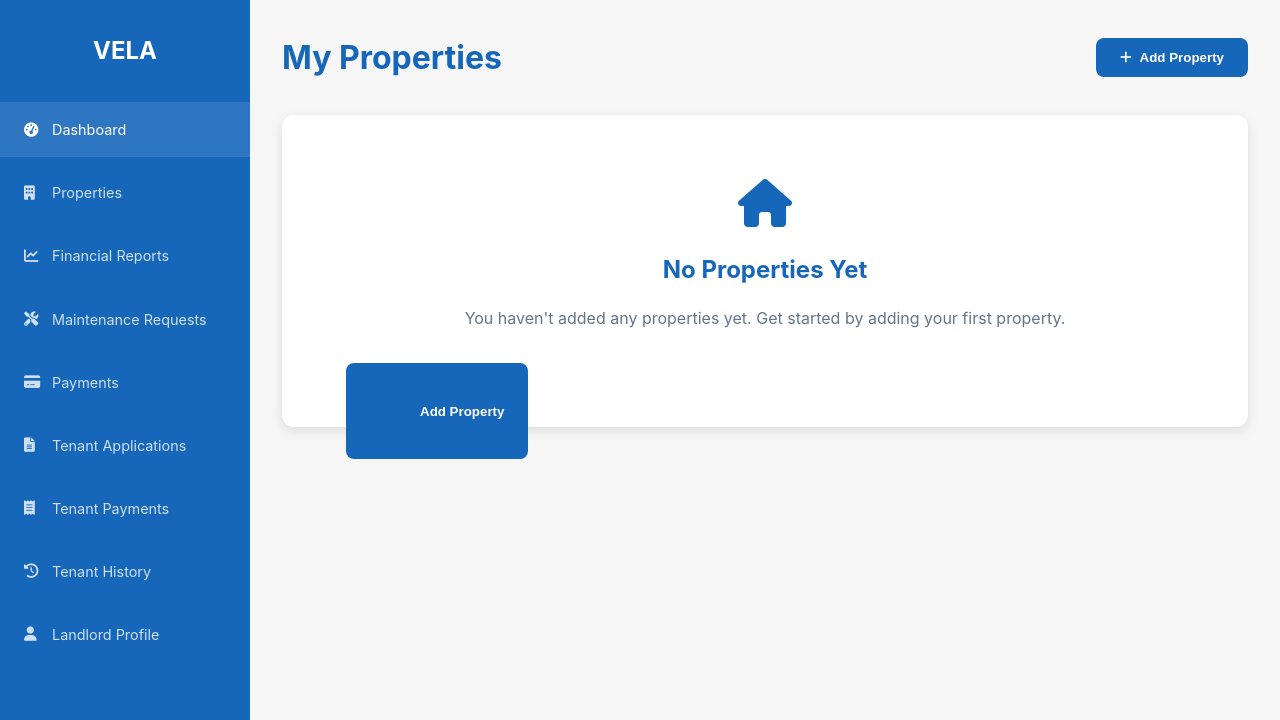
Repository: rizzerk/vela
Page: http://localhost/vela/LANDLORD/properties.php
The author's editor kept a copy of each file at every save. The page is drawn from the files as they stood at one save, then again after the next save.
The browser window is 1280 px wide. The pictures show the whole page.
The page is run by PHP 8.4 with error messages shown; the project is at /var/www/html/. Queries for data that is not in the repository find no rows.

Above is the page before, as saved 2025-06-28 18:20:19.

After the next save:
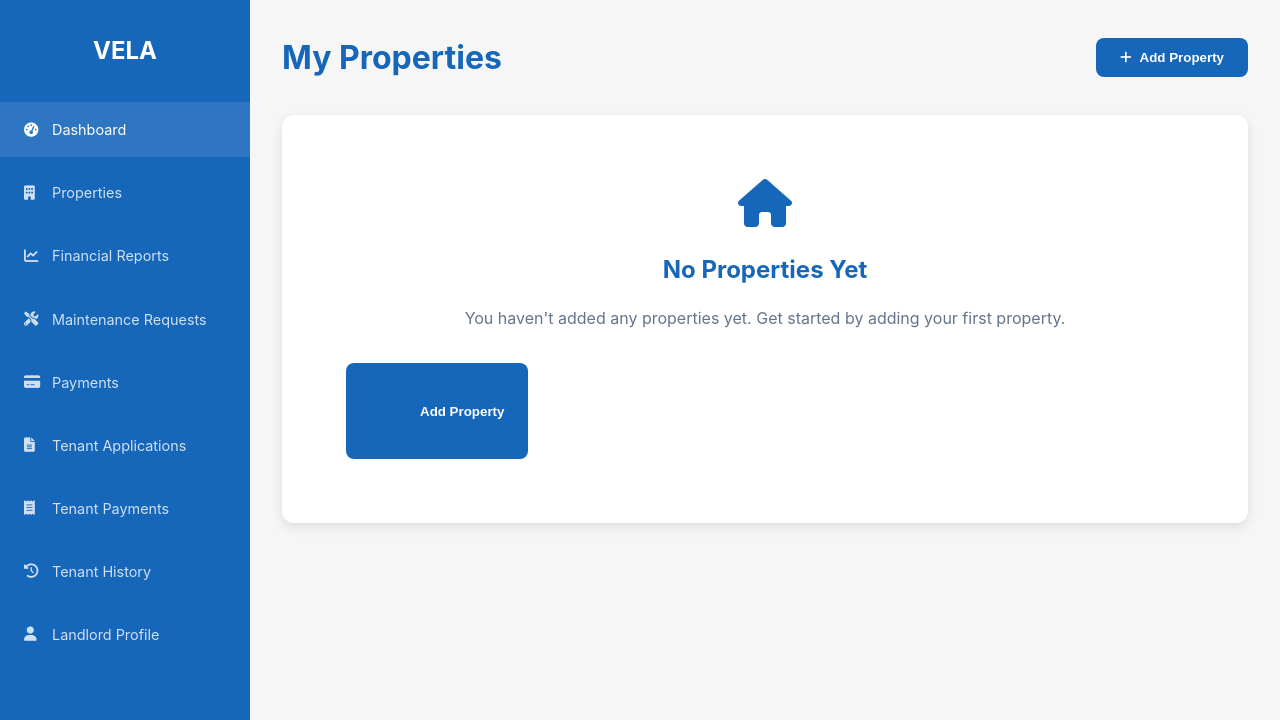
Saved 2 min 20 s later.
--- a/LANDLORD/properties.php
+++ b/LANDLORD/properties.php
@@ -261,12 +261,9 @@ $properties = mysqli_fetch_all($result, MYSQLI_ASSOC);
                 <i class="fas fa-home"></i>
                 <h3>No Properties Yet</h3>
                 <p>You haven't added any properties yet. Get started by adding your first property.</p>
-                <div style="margin: 0;
-  position: absolute">
-                  <button class="add-property-btn" onclick="window.location.href='add-property.php'">
-                      <i class="fas fa-plus"></i> Add Property
-                  </button>
-                </div>
+                <button class="add-property-btn" onclick="window.location.href='add-property.php'">
+                    <i class="fas fa-plus"></i> Add Property
+                </button>
             </div>
         <?php else: ?>
             <div class="properties-grid">
